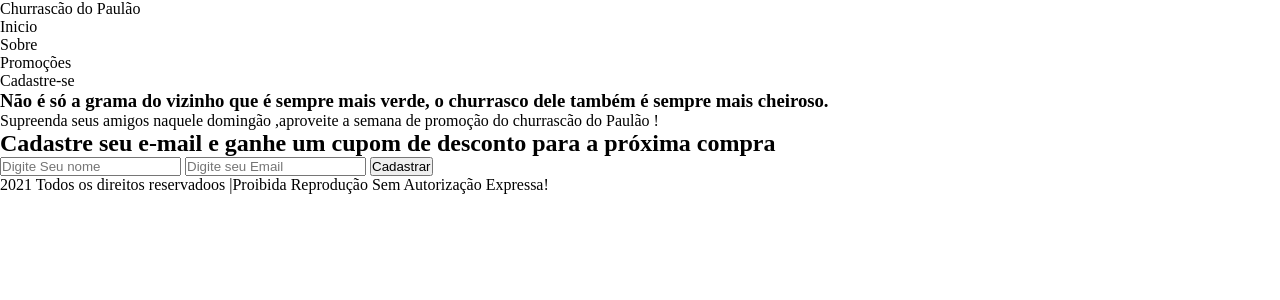
Repository: PauloMarquess/ProjetoBlackFriday
Page: index.html
The author's editor kept a copy of each file at every save. The page is drawn from the files as they stood at one save, then again after the next save.
The browser window is 1280 px wide. The pictures show the whole page.

Above is the page before, as saved 2021-07-15 13:31:55.

### index.html
<!DOCTYPE html>
<html lang="pt-Br">
<head>
    <meta charset="UTF-8">
    <meta http-equiv="X-UA-Compatible" content="IE=edge">
    <meta name="viewport" content="width=device-width, initial-scale=1.0">
    <link rel="stylesheet" href="./css/style.css"
    <title>Churrascão do Paulão</title>
</head>
<body>
    <ul>
        <li>Inicio</li>
        <li>Sobre</li>
        <li>Promoções</li>
        <li>Cadastre-se</li>
    </ul>
    <section>
        <h3>Não é só a grama do vizinho que é sempre mais verde, o churrasco dele também é sempre mais cheiroso.</h3>
        <p>Supreenda seus amigos naquele domingão ,aproveite a semana de promoção do churrascão do Paulão !</p>

    </section>

    <section>
        <h2>Cadastre seu e-mail e ganhe um cupom de desconto para a próxima compra</h2>
    </section>
    <section>
        <form>
            <input type="text" placeholder="Digite Seu nome" id="name" >
            <input type="email" placeholder="Digite seu Email" id="email">
            <input type="submit" value="Cadastrar">

        </form>
    </section>
    <footer>2021 Todos os direitos reservadoos |Proibida Reprodução Sem Autorização Expressa!</footer>

</body>
</html>

### css/style.css
* {
    padding: 0;
    margin:0;

}

After the next save:
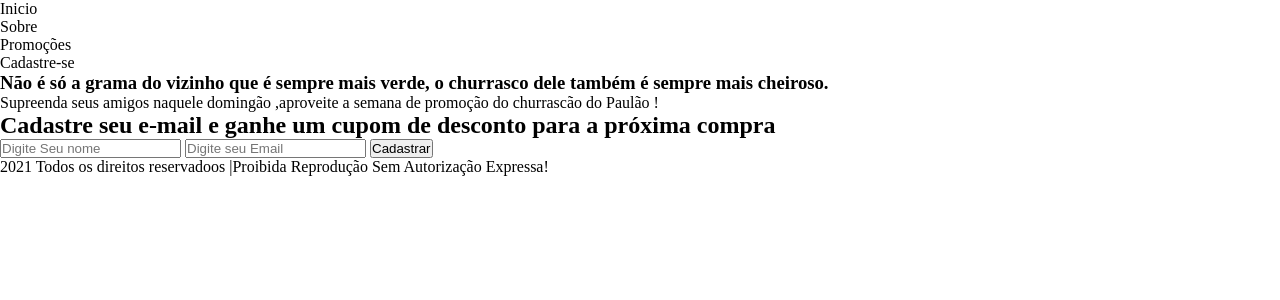
Saved 32 s later.
--- a/index.html
+++ b/index.html
@@ -4,7 +4,7 @@
     <meta charset="UTF-8">
     <meta http-equiv="X-UA-Compatible" content="IE=edge">
     <meta name="viewport" content="width=device-width, initial-scale=1.0">
-    <link rel="stylesheet" href="./css/style.css"
+    <link rel="stylesheet" href="./css/style.css">
     <title>Churrascão do Paulão</title>
 </head>
 <body>
